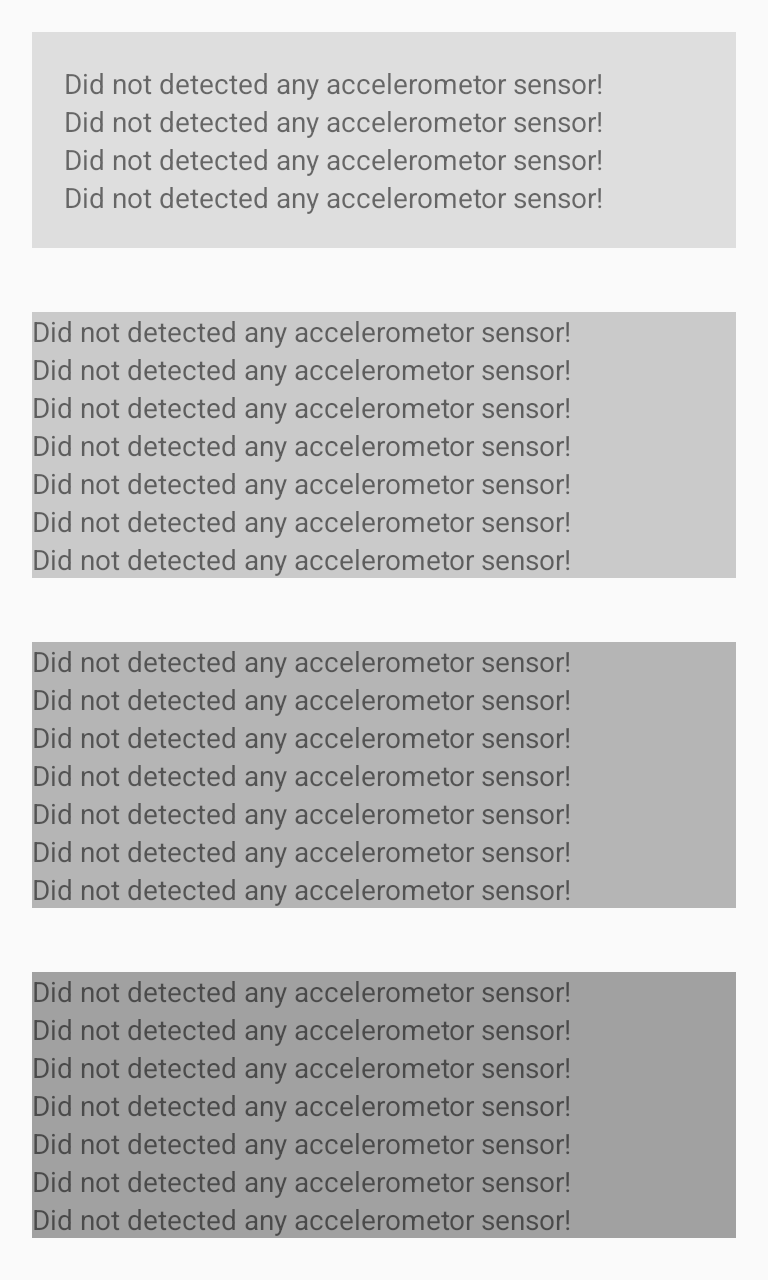
Repository: deyan-yosifov/Android
Layout: Workspace/BouncingBallGame/res/layout/activity_accelerometer_monitor.xml
The author's editor kept a copy of each file at every save. The layout is drawn from the files as they stood at one save, then again after the next save.
It is drawn on a 768 x 1280 px phone screen (xhdpi) without system bars, with theme AppTheme; the app's code is not run.

Above is the layout before, as saved 2015-01-04 12:07:17.

### Workspace/BouncingBallGame/res/layout/activity_accelerometer_monitor.xml
<ScrollView xmlns:android="http://schemas.android.com/apk/res/android"
    xmlns:tools="http://schemas.android.com/tools"
    android:layout_width="fill_parent"
    android:layout_height="wrap_content"
    tools:context="${relativePackage}.${activityClass}">
	<LinearLayout
		android:layout_width="fill_parent"
	    android:layout_height="wrap_content"
	    android:orientation="vertical">

		<LinearLayout
		    android:layout_width="fill_parent"
	        android:layout_height="wrap_content"
	        android:layout_margin="@dimen/activity_vertical_margin"
	        android:padding="@dimen/activity_vertical_margin"
	        android:orientation="vertical"
	        android:id="@+id/acceleromatorValues"
	        android:background="#99cccccc"
		    >
		    <TextView
		        android:layout_width="wrap_content"
		        android:layout_height="wrap_content"
		        android:id="@+id/accelerometer_x_coordinate_textView"
		        android:text="@string/no_accelerometer_found" />

		    <TextView
		        android:layout_width="wrap_content"
		        android:layout_height="wrap_content"
		        android:id="@+id/accelerometer_y_coordinate_textView"
		        android:text="@string/no_accelerometer_found" />

		    <TextView
		        android:layout_width="wrap_content"
		        android:layout_height="wrap_content"
		        android:id="@+id/accelerometer_z_coordinate_textView"
		        android:text="@string/no_accelerometer_found" />

		    <TextView
		        android:layout_width="wrap_content"
		        android:layout_height="wrap_content"
		        android:id="@+id/accelerometer_length_textView"
		        android:text="@string/no_accelerometer_found" />
		</LinearLayout>

		<LinearLayout
		    android:layout_width="fill_parent"
	        android:layout_height="wrap_content"
	        android:layout_margin="@dimen/activity_vertical_margin"
	        android:orientation="vertical"
	        android:id="@+id/linearAccelerationValues"
	        android:background="#99aaaaaa"
		    >
			<TextView
		        android:layout_width="wrap_content"
		        android:layout_height="wrap_content"
		        android:id="@+id/linearAcceleration_x_coordinate_textView"
		        android:text="@string/no_accelerometer_found" />

		    <TextView
		        android:layout_width="wrap_content"
		        android:layout_height="wrap_content"
		        android:id="@+id/linearAcceleration_y_coordinate_textView"
		        android:text="@string/no_accelerometer_found" />

		    <TextView
		        android:layout_width="wrap_content"
		        android:layout_height="wrap_content"
		        android:id="@+id/linearAcceleration_z_coordinate_textView"
		        android:text="@string/no_accelerometer_found" />

		    <TextView
		        android:layout_width="wrap_content"
		        android:layout_height="wrap_content"
		        android:id="@+id/linearAcceleration_length__textView"
		        android:text="@string/no_accelerometer_found" />

		    <TextView
		        android:layout_width="wrap_content"
		        android:layout_height="wrap_content"
		        android:id="@+id/min_linearAcceleration_length__textView"
		        android:text="@string/no_accelerometer_found" />

		    <TextView
		        android:layout_width="wrap_content"
		        android:layout_height="wrap_content"
		        android:id="@+id/max_linearAcceleration_length__textView"
		        android:text="@string/no_accelerometer_found" />

		    <TextView
		        android:layout_width="wrap_content"
		        android:layout_height="wrap_content"
		        android:id="@+id/average_linearAcceleration_length__textView"
		        android:text="@string/no_accelerometer_found" />
		</LinearLayout>

		<LinearLayout
		    android:layout_width="fill_parent"
	        android:layout_height="wrap_content"
	        android:layout_margin="@dimen/activity_vertical_margin"
	        android:orientation="vertical"
	        android:id="@+id/gravityValues"
	        android:background="#99888888"
		    >
			<TextView
		        android:layout_width="wrap_content"
		        android:layout_height="wrap_content"
		        android:id="@+id/gravity_x_coordinate_textView"
		        android:text="@string/no_accelerometer_found" />

		    <TextView
		        android:layout_width="wrap_content"
		        android:layout_height="wrap_content"
		        android:id="@+id/gravity_y_coordinate_textView"
		        android:text="@string/no_accelerometer_found" />

		    <TextView
		        android:layout_width="wrap_content"
		        android:layout_height="wrap_content"
		        android:id="@+id/gravity_z_coordinate_textView"
		        android:text="@string/no_accelerometer_found" />

		    <TextView
		        android:layout_width="wrap_content"
		        android:layout_height="wrap_content"
		        android:id="@+id/gravity_length_coordinate_textView"
		        android:text="@string/no_accelerometer_found" />

		    <TextView
		        android:layout_width="wrap_content"
		        android:layout_height="wrap_content"
		        android:id="@+id/min_gravity_length_textView"
		        android:text="@string/no_accelerometer_found" />

		    <TextView
		        android:layout_width="wrap_content"
		        android:layout_height="wrap_content"
		        android:id="@+id/max_gravity_length_textView"
		        android:text="@string/no_accelerometer_found" />

		    <TextView
		        android:layout_width="wrap_content"
		        android:layout_height="wrap_content"
		        android:id="@+id/average_gravity_length_textView"
		        android:text="@string/no_accelerometer_found" />
		</LinearLayout>

		<LinearLayout
		    android:layout_width="fill_parent"
	        android:layout_height="wrap_content"
	        android:layout_margin="@dimen/activity_vertical_margin"
	        android:orientation="vertical"
	        android:id="@+id/timeValues"
	        android:background="#99666666"
		    >
		    <TextView
		        android:layout_width="wrap_content"
		        android:layout_height="wrap_content"
		        android:id="@+id/currentTime_textView"
		        android:text="@string/no_accelerometer_found" />

		    <TextView
		        android:layout_width="wrap_content"
		        android:layout_height="wrap_content"
		        android:id="@+id/currentEventTime_textView"
		        android:text="@string/no_accelerometer_found" />

		    <TextView
		        android:layout_width="wrap_content"
		        android:layout_height="wrap_content"
		        android:id="@+id/currentDeltaTime_textView"
		        android:text="@string/no_accelerometer_found" />

		    <TextView
		        android:layout_width="wrap_content"
		        android:layout_height="wrap_content"
		        android:id="@+id/currentEventDeltaTime_textView"
		        android:text="@string/no_accelerometer_found" />

		    <TextView
		        android:layout_width="wrap_content"
		        android:layout_height="wrap_content"
		        android:id="@+id/averageDeltaTime_textView"
		        android:text="@string/no_accelerometer_found" />

		    <TextView
		        android:layout_width="wrap_content"
		        android:layout_height="wrap_content"
		        android:id="@+id/minDeltaTime_textView"
		        android:text="@string/no_accelerometer_found" />

		    <TextView
		        android:layout_width="wrap_content"
		        android:layout_height="wrap_content"
		        android:id="@+id/maxDeltaTime_textView"
		        android:text="@string/no_accelerometer_found" />
		</LinearLayout>
	</LinearLayout>
</ScrollView>

### Workspace/BouncingBallGame/res/values/styles.xml
<resources xmlns:android="http://schemas.android.com/apk/res/android">

    <!--
        Base application theme, dependent on API level. This theme is replaced
        by AppBaseTheme from res/values-vXX/styles.xml on newer devices.
    -->
    <style name="FallingRocksFonts" parent="@android:style/TextAppearance.Medium">
        <item name="android:layout_width">wrap_content</item>
        <item name="android:layout_height">wrap_content</item>
        <item name="android:textColor">#FF0000</item>
        <item name="android:background">#00FF00</item>
        <item name="android:padding">10dp</item>
        <item name="android:layout_centerHorizontal">true</item>
    </style>

    <style name="FallingRocksButtons" parent="@android:attr/buttonStyleSmall">
        <item name="android:layout_width">wrap_content</item>
        <item name="android:layout_height">wrap_content</item>
        <item name="android:padding">10dp</item>
        <item name="android:layout_centerHorizontal">true</item>
    </style>

    <style name="AppBaseTheme" parent="Theme.AppCompat.Light">
        <!--
            Theme customizations available in newer API levels can go in
            res/values-vXX/styles.xml, while customizations related to
            backward-compatibility can go here.
        -->

    </style>

    <!-- Application theme. -->
    <style name="AppTheme" parent="AppBaseTheme">
        <!-- All customizations that are NOT specific to a particular API-level can go here. -->
    </style>

</resources>

### Workspace/BouncingBallGame/res/values/dimens.xml
<resources>

    <!-- Default screen margins, per the Android Design guidelines. -->
    <dimen name="activity_horizontal_margin">16dp</dimen>
    <dimen name="activity_vertical_margin">16dp</dimen>
    <dimen name="accelerometerMonitor_linearLayout_margin">5dp</dimen>

</resources>

### Workspace/BouncingBallGame/res/values/strings.xml
<?xml version="1.0" encoding="utf-8"?>
<resources>

    <string name="app_name">Falling Rocks</string>
    <string name="hello_world">Hello world!</string>
    <string name="no_accelerometer_found">Did not detected any accelerometor sensor!</string>
    <string name="welcome_header">Welcome to Bouncing ball game!</string>
    <string name="button_monitor_accelerometer">Monitor accelerometer</string>
    <string name="action_settings">Settings</string>
    <string name="title_activity_single_player_game">Play game!</string>

</resources>

Loaded but not shown: Workspace/BouncingBallGame/res/values-v11/styles.xml (common file); Workspace/BouncingBallGame/res/values-v14/styles.xml (common file)

After the next save:
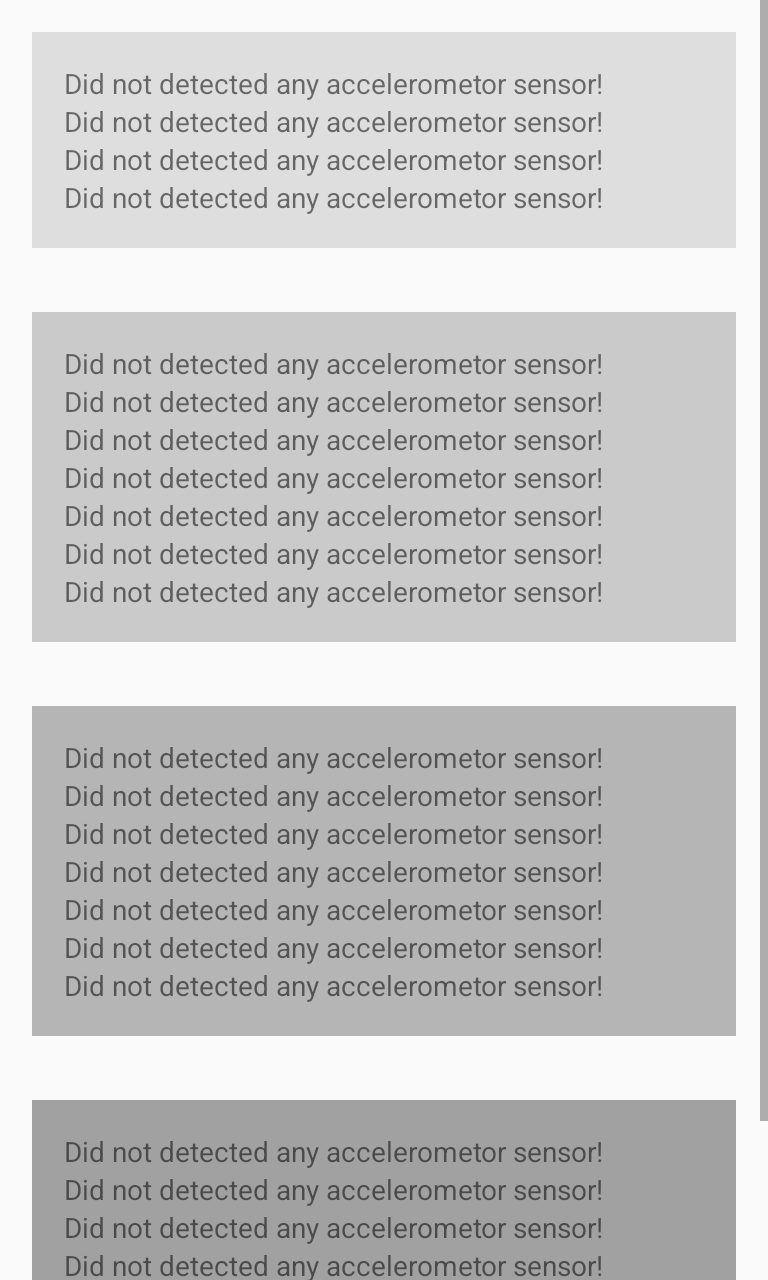
Saved 12 s later.
--- a/Workspace/BouncingBallGame/res/layout/activity_accelerometer_monitor.xml
+++ b/Workspace/BouncingBallGame/res/layout/activity_accelerometer_monitor.xml
@@ -46,6 +46,7 @@
 		    android:layout_width="fill_parent"
 	        android:layout_height="wrap_content"
 	        android:layout_margin="@dimen/activity_vertical_margin"
+	        android:padding="@dimen/activity_vertical_margin"
 	        android:orientation="vertical"
 	        android:id="@+id/linearAccelerationValues"
 	        android:background="#99aaaaaa"
@@ -97,6 +98,7 @@
 		    android:layout_width="fill_parent"
 	        android:layout_height="wrap_content"
 	        android:layout_margin="@dimen/activity_vertical_margin"
+	        android:padding="@dimen/activity_vertical_margin"
 	        android:orientation="vertical"
 	        android:id="@+id/gravityValues"
 	        android:background="#99888888"
@@ -148,6 +150,7 @@
 		    android:layout_width="fill_parent"
 	        android:layout_height="wrap_content"
 	        android:layout_margin="@dimen/activity_vertical_margin"
+	        android:padding="@dimen/activity_vertical_margin"
 	        android:orientation="vertical"
 	        android:id="@+id/timeValues"
 	        android:background="#99666666"
